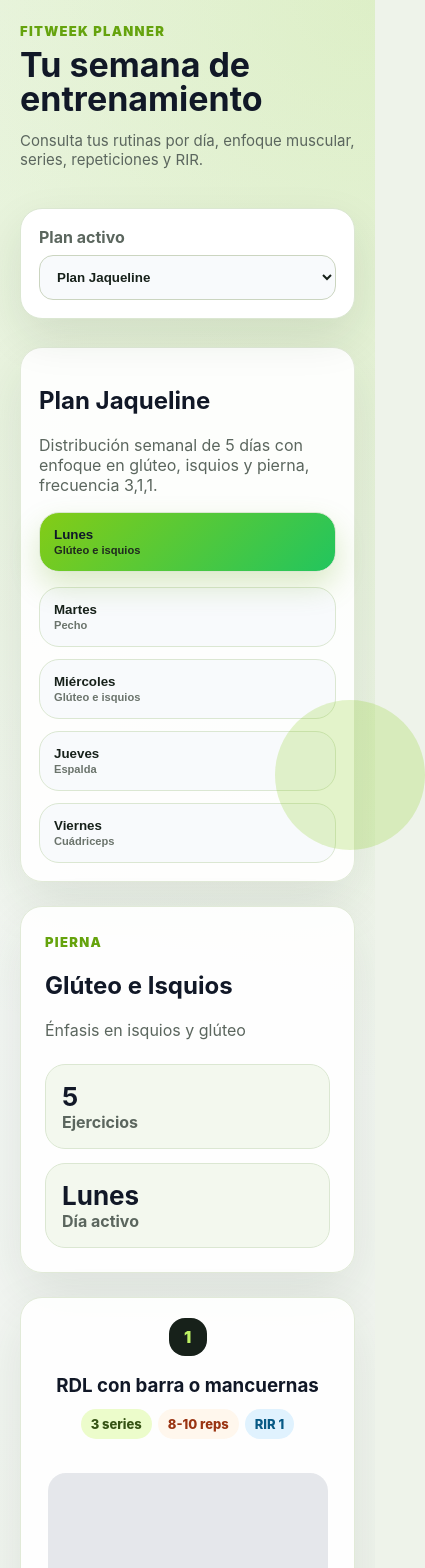
Repository: Jaqueline-CO/Fitweek-Planner
Page: /dashboard
An editor plug-in stored every save of this project. The page is shown before and after the next save, followed by the edit.
The browser window is 375 px wide. The page is 425 px wide, so the pictures cover 425 px, including what lies to the right of the window. The pictures show the part of the page from y = 0 to 1568 px (the page is 3858 px tall before and 3846 px after).
Pictures or frames that could not be fetched are drawn as grey boxes. The project was rebuilt for these pictures with package versions that can differ from the ones it lists, and the page was loaded fresh each time. Also part of the build but not shown: vite.config.js.

Above is the page before, as saved 2026-07-08 13:02:07.

### index.html
<!doctype html>
<html lang="en">
  <head>
    <meta charset="UTF-8" />
    <link rel="icon" type="image/svg+xml" href="/favicon.svg" />
    <meta name="viewport" content="width=device-width, initial-scale=1.0" />
    <title>rutinasgym</title>
  </head>
  <body>
    <div id="root"></div>
    <script type="module" src="/src/main.jsx"></script>
  </body>
</html>

### src/index.css
*,
*::before,
*::after {
  box-sizing: border-box;
  min-width: 0;
}

html,
body,
#root {
  width: 100%;
  max-width: 100%;
  min-height: 100vh;
  margin: 0;
  padding: 0;
  overflow-x: hidden;
}

html,
body {
  background: #eef3ea;
}

body {
  min-width: 320px;
  font-family: Inter, system-ui, sans-serif;
}

img,
video {
  max-width: 100%;
}

### src/App.jsx
import AppRoutes from "./routes/AppRoutes";

function App() {
  return <AppRoutes />;
}

export default App;

### src/routes/AppRoutes.jsx
import { BrowserRouter, Routes, Route } from "react-router-dom";
import Login from "../pages/Login";
import Dashboard from "../pages/Dashboard";

function AppRoutes() {
  return (
    <BrowserRouter>
      <Routes>
        <Route path="/" element={<Login />} />
        <Route path="/dashboard" element={<Dashboard />} />
      </Routes>
    </BrowserRouter>
  );
}

export default AppRoutes;

### src/pages/Dashboard.jsx
import { useState } from "react";
import { weeklyPlans } from "../data/weeklyPlans";
import { routines } from "../data/routines";
import "../styles/Dashboard.css";

function Dashboard() {
  const [selectedPlanId, setSelectedPlanId] = useState("jaqueline");
  const [selectedDay, setSelectedDay] = useState("Lunes");

  const selectedPlan = weeklyPlans.find((plan) => plan.id === selectedPlanId);
  const selectedPlanDay = selectedPlan.days.find((item) => item.day === selectedDay);
  const selectedRoutine = routines.find((routine) => routine.id === selectedPlanDay.routineId);

  return (
    <main className="dashboard-page">
      <section className="dashboard-hero">
        <div>
          <span className="eyebrow">FitWeek Planner</span>
          <h1>Tu semana de entrenamiento</h1>
          <p>Consulta tus rutinas por día, enfoque muscular, series, repeticiones y RIR.</p>
        </div>

        <div className="plan-selector">
          <label>Plan activo</label>
          <select
            value={selectedPlanId}
            onChange={(e) => {
              setSelectedPlanId(e.target.value);
              setSelectedDay("Lunes");
            }}
          >
            {weeklyPlans.map((plan) => (
              <option key={plan.id} value={plan.id}>
                {plan.name}
              </option>
            ))}
          </select>
        </div>
      </section>

      <section className="plan-card">
        <div>
          <h2>{selectedPlan.name}</h2>
          <p>{selectedPlan.description}</p>
        </div>

        <div className="day-tabs">
          {selectedPlan.days.map((item) => (
            <button
              key={item.day}
              className={selectedDay === item.day ? "day-tab active" : "day-tab"}
              onClick={() => setSelectedDay(item.day)}
            >
              <span>{item.day}</span>
              <small>{item.label}</small>
            </button>
          ))}
        </div>
      </section>

      <section className="routine-layout">
        <aside className="routine-summary">
          <span className="routine-category">{selectedRoutine.category}</span>
          <h2>{selectedRoutine.title}</h2>
          <p>{selectedRoutine.focus}</p>

          <div className="summary-stats">
            <div>
              <strong>{selectedRoutine.exercises.length}</strong>
              <span>Ejercicios</span>
            </div>
            <div>
              <strong>{selectedDay}</strong>
              <span>Día activo</span>
            </div>
          </div>
        </aside>

        <section className="exercise-list">
          {selectedRoutine.exercises.map((exercise, index) => (
            <article className="exercise-card" key={index}>
              <div className="exercise-number">{index + 1}</div>
              {exercise.video && (
                <div className="exercise-media">
                  <video
                    src={exercise.video}
                    autoPlay
                    muted
                    loop
                    playsInline
                  />
                </div>
              )}
              <div className="exercise-info">
                <h3>{exercise.name}</h3>

                <div className="exercise-tags">
                  <span>{exercise.sets} series</span>
                  <span>{exercise.reps} reps</span>
                  <span>RIR {exercise.rir}</span>
                </div>

                {exercise.notes && <p>{exercise.notes}</p>}
              </div>
            </article>
          ))}
        </section>
      </section>
    </main>
  );
}

export default Dashboard;

### src/data/weeklyPlans.js
export const weeklyPlans = [
  {
    id: "jaqueline",
    name: "Plan Jaqueline",
    description: "Distribución semanal de 5 días con enfoque en glúteo, isquios y pierna, frecuencia 3,1,1.",
    days: [
      { day: "Lunes", routineId: "gluteo-isquios", label: "Glúteo e isquios" },
      { day: "Martes", routineId: "pecho-a", label: "Pecho" },
      { day: "Miércoles", routineId: "gluteo-isquios", label: "Glúteo e isquios" },
      { day: "Jueves", routineId: "espalda", label: "Espalda" },
      { day: "Viernes", routineId: "cuadriceps", label: "Cuádriceps" },
    ],
  },
  {
    id: "israel",
    name: "Plan Israel",
    description: "Distribución semanal de 5 días con enfoque en Pecho, frecuencia 2,2,1.",
    days: [
      { day: "Lunes", routineId: "gluteo-isquios", label: "Glúteo e isquios" },
      { day: "Martes", routineId: "pecho-a", label: "Pecho" },
      { day: "Miércoles", routineId: "espalda", label: "Espalda" },
      { day: "Jueves", routineId: "pecho-b", label: "Pecho" },
      { day: "Viernes", routineId: "cuadriceps", label: "Cuádriceps" },
    ],
  },
];

### src/data/routines.js
export const routines = [
  {
    id: "gluteo-isquios",
    title: "Glúteo e Isquios",
    category: "Pierna",
    focus: "Énfasis en isquios y glúteo",
    exercises: [
      { name: "RDL con barra o mancuernas", sets: 3, reps: "8-10", rir: "1", video:"./videos/rdl.mp4" },
      { name: "Kickbacks en polea", sets: 3, reps: "12-15", rir: "2",video:"./videos/kickback-polea.mp4"},
      { name: "Desplante búlgaro", sets: 3, reps: "8-10", rir: "1-2", video:"./videos/bulgara.mp4" },
      { name: "Curl femoral sentado", sets: 3, reps: "10-12", rir: "1-2", video:"./videos/femoral-sentado.mp4" },
      { name: "Elevaciones de talones", sets: 3, reps: "10-12", rir: "1-2", video:"./videos/elevacion-talones.mp4" },
    ],
  },
  {
    id: "cuadriceps",
    title: "Cuádriceps",
    category: "Pierna",
    focus: "Énfasis en cuádriceps",
    exercises: [
      { name: "Sentadilla Hack", sets: 3, reps: "6-8", rir: "1", video:"./videos/sentadilla-hack.mp4" },
      { name: "Hip Thrust con barra", sets: 3, reps: "8-10", rir: "1", video:"./videos/hip-thrust.mp4" },
      { name: "Curl femoral acostado", sets: 3, reps: "10-12", rir: "1-2" , video:"./videos/curl-femoral-acostado.mp4" },
      { name: "Extensiones de cuádriceps", sets: 3, reps: "10-12", rir: "1-2", video:"./videos/extension-cuadricep.mp4" },
      { name: "Abducción en máquina", sets: 3, reps: "12-15", rir: "1-2" , video:"./videos/abduccion.mp4" },
      { name: "Adducción en máquina", sets: 3, reps: "12-15", rir: "1-2", video:"./videos/aductor.mp4" },
      { name: "Elevaciones de talones", sets: 3, reps: "10-12", rir: "1-2" , video:"./videos/elevacion-talones.mp4"},
    ],
  },
  {
    id: "pecho-a",
    title: "Pecho A",
    category: "Pecho",
    focus: "Énfasis en pectoral mayor",
    exercises: [
      { name: "Press inclinado con mancuernas", sets: 3, reps: "8-10", rir: "1-2", video:"./videos/press-inclinado-mancuerna.mp4" },
      { name: "Press plano con barra", sets: 2, reps: "6-8", rir: "0-1",video:"./videos/press-plano-barra.mp4" },
      { name: "Elevaciones laterales con mancuerna", sets: 2, reps: "12-15", rir: "2",video:"./videos/laterales-mancuerna.mp4" },
      { name: "Elevaciones en polea baja unilateral", sets: 3, reps: "12-15", rir: "2" , video:"./videos/elevaciones-polea-baja-unilateral.mp4" },
      { name: "Extensión de tríceps con cuerda", sets: 2, reps: "12-15", rir: "1-2", video:"./videos/extension-tricep.mp4" },
    ],
  },
  {
    id: "pecho-b",
    title: "Pecho B",
    category: "Pecho",
    focus: "Deltoide anterior, lateral y tríceps",
    exercises: [
      { name: "Press militar con mancuernas", sets: 3, reps: "8-10", rir: "1", video:"./videos/press-militar-mancuernas.mp4" },
      { name: "Press plano con barra o máquina", sets: 2, reps: "6-8", rir: "1", video:"./videos/press-plano-barra.mp4"},
      { name: "Cruce en poleas baja", sets: 2, reps: "12-15", rir: "2" , video:"./videos/cruce-poleas.mp4"},
      { name: "Elevaciones laterales con mancuernas", sets: 2, reps: "15-20", rir: "2",video:"./videos/laterales-mancuerna.mp4"},
      { name: "Extensión de tríceps overhead con cuerda", sets: 2, reps: "12-15", rir: "1-2", video:"./videos/triceps-overhead.mp4" },
      { name: "Push down con cuerda", sets: 2, reps: "10-12", rir: "1-2",video:"./videos/pushdown-cuerda.mp4" },
    ],
  },
  {
    id: "espalda",
    title: "Espalda",
    category: "Espalda",
    focus: "Dorsales - Amplitud, fuerza de tracción y foco lat",
    exercises: [
      { name: "Jalón al pecho con agarre neutro", sets: 4, reps: "8-10", rir: "-",video:"./videos/jalon-pecho-neutro.mp4", notes: "Máxima activación del dorsal ancho. Tensión mecánica alta." },
      { name: "Remo en maquina unilateral", sets: 4, reps: "8-10", rir: "-",video:"./videos/remo-unilateral.mp4", notes: "Segunda línea de tracción horizontal. Enfocado en upper back general." },
      { name: "Pull-over con cuerda en polea alta", sets: 3, reps: "12-15", rir: "-",video:"./videos/pull-over.mp4", notes: "Aislamiento del dorsal, sin intervención del bíceps." },
      { name: "Curl de bíceps en maquina", sets: 3, reps: "10-12", rir: "-",video:"./videos/curl-biceps.mp4", notes: "Foco total en bíceps braquial con gran estiramiento." },
    ],
  },
];

### src/styles/Dashboard.css
.dashboard-page {
  width: 100%;
  max-width: 100vw;
  min-height: 100vh;
  padding: 32px;
  overflow-x: hidden;
  color: #17211a;
  background:
    radial-gradient(circle at top right, rgba(132, 204, 22, 0.22), transparent 28%),
    linear-gradient(135deg, #f8fafc, #eef3ea 55%, #f7f7ef);
  font-family: Inter, system-ui, sans-serif;
}

.dashboard-hero {
  display: flex;
  justify-content: space-between;
  gap: 24px;
  align-items: center;
  margin-bottom: 28px;
}

.eyebrow,
.routine-category {
  color: #65a30d;
  font-weight: 900;
  letter-spacing: 0.1em;
  text-transform: uppercase;
  font-size: 13px;
}

.dashboard-hero h1 {
  font-size: clamp(34px, 5vw, 58px);
  margin: 8px 0;
  color: #111827;
  line-height: 1;
}

.dashboard-hero p,
.plan-card p,
.routine-summary p,
.exercise-info p {
  color: #5b665e;
}

.plan-selector {
  background: #ffffff;
  border: 1px solid #dbe7d2;
  padding: 18px;
  border-radius: 22px;
  min-width: 250px;
  box-shadow: 0 18px 45px rgba(32, 51, 34, 0.1);
}

.plan-selector label {
  display: block;
  margin-bottom: 8px;
  color: #5b665e;
  font-weight: 700;
}

.plan-selector select {
  width: 100%;
  padding: 13px;
  border-radius: 14px;
  border: 1px solid #cbd5c0;
  outline: none;
  font-weight: 800;
  color: #17211a;
  background: #f8fafc;
}

.plan-card,
.routine-summary,
.exercise-card {
  background: rgba(255, 255, 255, 0.92);
  border: 1px solid #e1ead8;
  box-shadow: 0 20px 55px rgba(32, 51, 34, 0.1);
}

.plan-card {
  border-radius: 30px;
  padding: 24px;
  margin-bottom: 24px;
}

.plan-card h2,
.routine-summary h2,
.exercise-info h3 {
  color: #111827;
}

.day-tabs {
  display: grid;
  grid-template-columns: repeat(5, 1fr);
  gap: 12px;
  margin-top: 20px;
}

.day-tab {
  border: 1px solid #dbe7d2;
  border-radius: 20px;
  padding: 16px;
  cursor: pointer;
  background: #f8fafc;
  color: #17211a;
  text-align: left;
  transition: 0.2s ease;
}

.day-tab span {
  display: block;
  font-weight: 900;
}

.day-tab small {
  color: #6b746c;
  font-weight: 600;
}

.day-tab.active,
.day-tab:hover {
  background: linear-gradient(135deg, #84cc16, #22c55e);
  color: #0f172a;
  transform: translateY(-3px);
  box-shadow: 0 14px 30px rgba(101, 163, 13, 0.22);
}

.day-tab.active small,
.day-tab:hover small {
  color: #1f2a1f;
}

.routine-layout {
  display: grid;
  grid-template-columns: 340px 1fr;
  gap: 24px;
}

.routine-summary {
  border-radius: 30px;
  padding: 24px;
  height: fit-content;
  position: relative;
  overflow: hidden;
}

.routine-summary::after {
  content: "";
  position: absolute;
  width: 150px;
  height: 150px;
  right: -50px;
  bottom: -50px;
  background: rgba(132, 204, 22, 0.22);
  border-radius: 50%;
}

.summary-stats {
  display: grid;
  grid-template-columns: 1fr;
  gap: 14px;
  margin-top: 24px;
  position: relative;
  z-index: 1;
}

.summary-stats div {
  background: #f3f8ee;
  border: 1px solid #dbe7d2;
  border-radius: 20px;
  padding: 16px;
}

.summary-stats strong {
  display: block;
  font-size: 26px;
  color: #111827;
}

.summary-stats span {
  color: #5b665e;
  font-weight: 700;
}

.exercise-list {
  display: grid;
  gap: 14px;
}

.exercise-card {
  display: flex;
  gap: 18px;
  align-items: flex-start;
  border-radius: 24px;
  padding: 20px;
  transition: 0.2s ease;
}

.exercise-card:hover {
  transform: translateY(-2px);
  box-shadow: 0 22px 60px rgba(32, 51, 34, 0.14);
}

.exercise-number {
  width: 44px;
  height: 44px;
  border-radius: 16px;
  display: grid;
  place-items: center;
  font-weight: 900;
  background: #17211a;
  color: #bef264;
  flex-shrink: 0;
}

.exercise-media {
  width: 180px;
  height: 210px;
  border-radius: 18px;
  overflow: hidden;
  background: #e5e7eb;
  flex-shrink: 0;
}

.exercise-media video {
  width: 100%;
  height: 100%;
  object-fit: cover;
  display: block;
}

.exercise-info h3 {
  margin: 0 0 12px;
}

.exercise-tags {
  display: flex;
  flex-wrap: wrap;
  gap: 8px;
}

.exercise-tags span {
  padding: 8px 12px;
  border-radius: 999px;
  background: #ecfccb;
  color: #365314;
  font-size: 14px;
  font-weight: 800;
}

.exercise-tags span:nth-child(2) {
  background: #fff7ed;
  color: #9a3412;
}

.exercise-tags span:nth-child(3) {
  background: #e0f2fe;
  color: #075985;
}

@media (max-width: 1100px) {
  .routine-layout {
    grid-template-columns: 300px 1fr;
  }

  .dashboard-hero h1 {
    font-size: 42px;
  }
}

@media (max-width: 900px) {
  .dashboard-page {
    padding: 24px;
  }

  .dashboard-hero {
    display: grid;
    grid-template-columns: 1fr;
  }

  .plan-selector {
    width: 100%;
    min-width: 0;
  }

  .day-tabs {
    grid-template-columns: repeat(2, 1fr);
  }

  .routine-layout {
    grid-template-columns: 1fr;
  }

  .routine-summary {
    position: static;
  }
}

@media (max-width: 600px) {
  .dashboard-page {
    width: 100vw;
    padding: 20px;
  }

  .dashboard-hero,
  .plan-card,
  .routine-layout,
  .routine-summary,
  .exercise-list,
  .exercise-card {
    width: 100%;
    max-width: 100%;
  }

  .dashboard-hero h1 {
    font-size: 34px;
  }

  .dashboard-hero p {
    font-size: 15px;
  }

  .plan-selector {
    width: 100%;
    max-width: 100%;
    min-width: 0;
  }

  .plan-card,
  .routine-summary,
  .exercise-card {
    border-radius: 22px;
  }

  .plan-card {
    padding: 18px;
  }

  .day-tabs {
    grid-template-columns: 1fr;
  }

  .day-tab {
    padding: 14px;
  }

  .exercise-card {
    flex-direction: column;
    align-items: center;
    text-align: center;
  }

  .exercise-number {
    width: 38px;
    height: 38px;
    order: 1;
  }

  .exercise-info {
    order: 2;
  }

  .exercise-tags {
    justify-content: center;
    gap: 6px;
  }

  .exercise-tags span {
    font-size: 13px;
    padding: 7px 10px;
  }

  .exercise-media {
    order: 3;
    width: 100%;
    max-width: 280px;
    height: 300px;
    margin-top: 16px;
  }
}

Loaded but not shown: src/main.jsx (common file); src/pages/Login.jsx (no stored copy; drawn as an empty file)

After the next save:
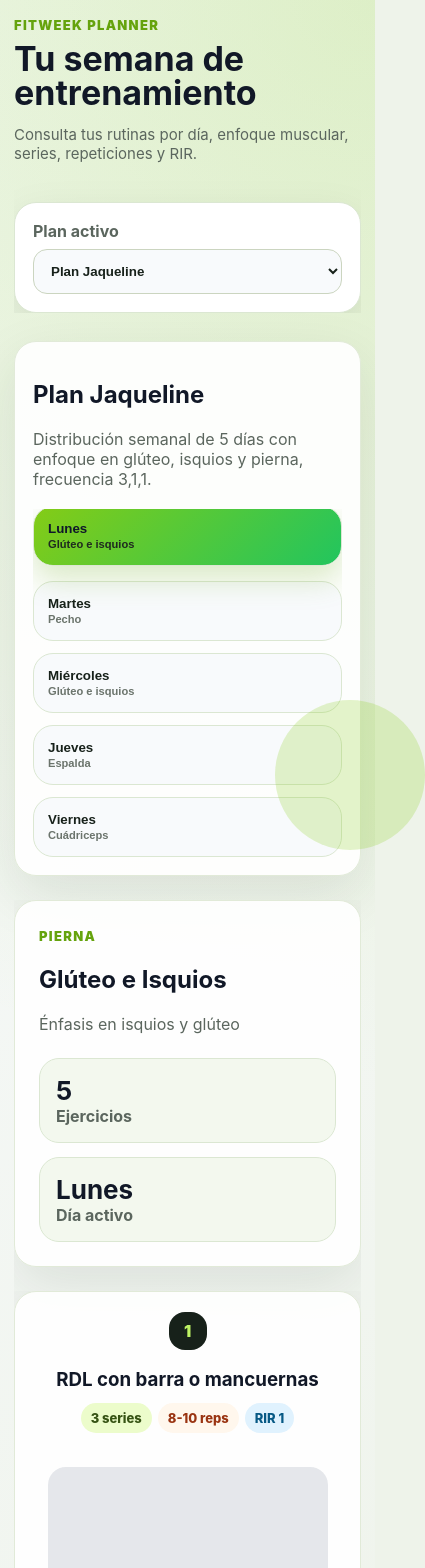
Saved 36 s later.
--- a/src/styles/Dashboard.css
+++ b/src/styles/Dashboard.css
@@ -298,9 +298,24 @@
 
 @media (max-width: 600px) {
   .dashboard-page {
-    width: 100vw;
-    padding: 20px;
-  }
+  width: 100%;
+  max-width: 100vw;
+  padding: 14px;
+  overflow-x: hidden;
+}
+
+.dashboard-hero,
+.plan-card,
+.routine-layout,
+.routine-summary,
+.exercise-list,
+.exercise-card,
+.day-tabs,
+.day-tab {
+  width: 100%;
+  max-width: 100%;
+  overflow-x: hidden;
+}
 
   .dashboard-hero,
   .plan-card,
